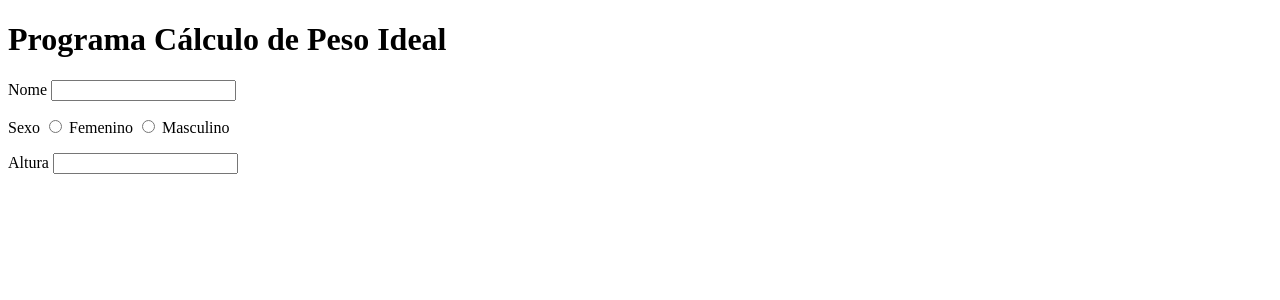
Repository: JhonMercedes/Javascript-book
Page: cap3/ex3_2.html
These files come from the project's save history. The page is drawn as it stood at one moment and after the next save; the edit follows.
The browser window is 1280 px wide. The pictures show the whole page.

Above is the page before, as saved 2021-12-11 23:27:23.

After the next save:
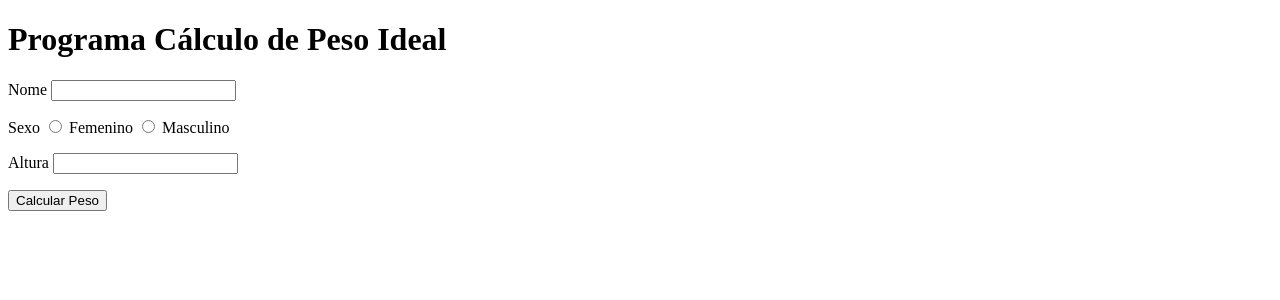
Saved 25 s later.
--- a/cap3/ex3_2.html
+++ b/cap3/ex3_2.html
@@ -20,5 +20,7 @@
         <input type="text" id="inAltura">
     </p>
 
+    <input type="button" value="Calcular Peso">
+
 </body>
 </html>
